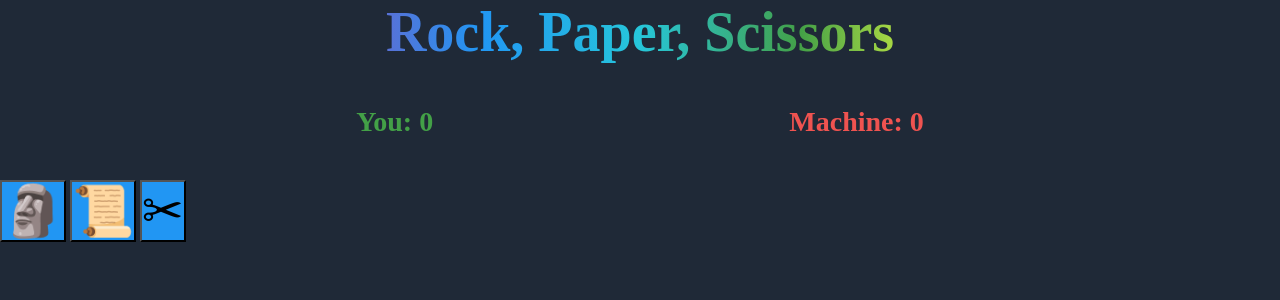
Repository: dung8466/RPS
Page: index.html
These files come from the project's save history. The page is drawn as it stood at one moment and after the next save; the edit follows.
The browser window is 1280 px wide. The pictures show the whole page.

Above is the page before, as saved 2022-07-01 21:19:48.

### index.html
<!DOCTYPE html>
<html lang="en">
<head>
    <meta charset="UTF-8">
    <meta http-equiv="X-UA-Compatible" content="IE=edge">
    <meta name="viewport" content="width=device-width, initial-scale=1.0">
    <title>Fun Game</title>
    <link rel="stylesheet" href="style.css">
    <script src="script.js" defer></script>
</head>
<body>
    <h1 class="header">
        Rock, Paper, Scissors
    </h1>
    <div class="result flex-box">
        <div class="player-result">
            You: <span class="result-text" data-player-result>0</span>
        </div>
        <div class="machine-result">
            Machine: <span class="result-text" data-machine-result>0</span>
        </div>
    </div>
    <div class="selections">
        <button class="selection" data-selection="rock">🗿</button>
        <button class="selection" data-selection="paper">📜</button>
        <button class="selection" data-selection="scissor">✂</button>
    </div>
</body>
</html>

### style.css
*{
    font-family: 'Times New Roman', Times, serif;
    font-size: 14px;
    margin: 0;
    padding: 0;
    background-color: #1f2937;
}

.flex-box{
    display: flex;
    align-items: center;
    justify-content: space-evenly;
    align-content: space-between;
}
.header{
    font-size: 4em;
    font-weight: bold;
    background: linear-gradient(to right, #ef5350, #f48fb1, #7e57c2, #2196f3, #26c6da, #43a047, #eeff41, #f9a825, #ff5722);
    -webkit-background-clip: text;
    -webkit-text-fill-color: transparent;
    text-align: center;
}

.result{
    margin-top: 3em;
    margin-bottom: 3em;
    font-weight: bold;
}
.result div{
    font-size: 2em;
}
.result div span{
    font-size: 1em;
}
.player-result{
    color: #43a047;
}
.machine-result{
    color :#ef5350;
}
.selections{

}
.selection{
    font-size: 50px;
    background-color: #2196f3;
}

### script.js
const selection = [
    {
        name: 'rock',
        emoji: '🗿',
        beats: 'scissors',
    },
    {
        name: 'paper',
        emoji: '📜',
        beats: 'rock',
    },
    {
        name: 'scissors',
        emoji: '✂',
        beats: 'paper',
    }
]
const selectionButtons = document.querySelectorAll('[data-selection]')
const finalColumn = document.querySelector('[data-final-column]')
const computerScoreSpan = document.querySelector('[data-machine-score]')
const yourScoreSpan = document.querySelector('[data-player-score]')

selectionButtons.forEach(selectionButton => {
    selectionButton.addEventListener('click', e => {
      const selectionName = selectionButton.dataset.selection
      const selection = SELECTIONS.find(selection => selection.name === selectionName)
      makeSelection(selection)
    })
  })

  function makeSelection(selection) {
    const computerSelection = randomSelection()
    const yourWinner = isWinner(selection, computerSelection)
    const computerWinner = isWinner(computerSelection, selection)

    addSelectionResult(computerSelection, computerWinner)
    addSelectionResult(selection, yourWinner)

    if (yourWinner) incrementScore(yourScoreSpan)
    if (computerWinner) incrementScore(computerScoreSpan)
  }

  function incrementScore(scoreSpan) {
    scoreSpan.innerText = parseInt(scoreSpan.innerText) + 1
  }

  function addSelectionResult(selection, winner) {
    const div = document.createElement('div')
    div.innerText = selection.emoji
    div.classList.add('result-selection')
    if (winner) div.classList.add('winner')
    finalColumn.after(div)
  }

  function isWinner(selection, opponentSelection) {
    return selection.beats === opponentSelection.name
  }

  function randomSelection() {
    const randomIndex = Math.floor(Math.random() * SELECTIONS.length)
    return SELECTIONS[randomIndex]
  }

After the next save:
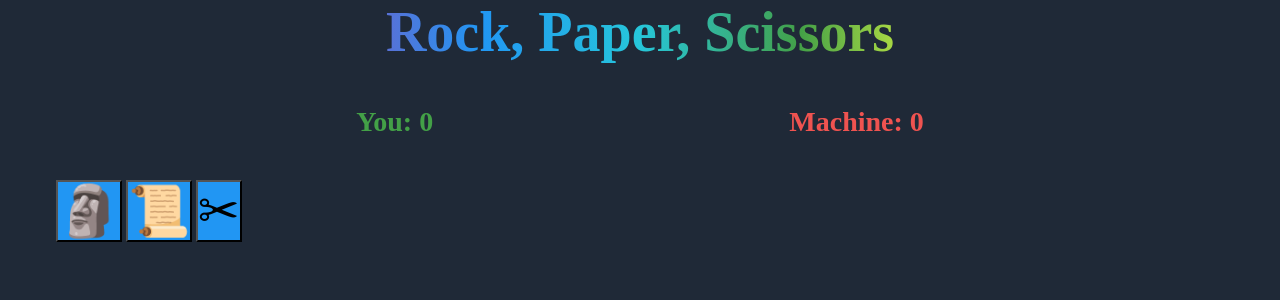
Saved 9 s later.
--- a/style.css
+++ b/style.css
@@ -39,7 +39,7 @@
     color :#ef5350;
 }
 .selections{
-
+    margin-left: 4em;
 }
 .selection{
     font-size: 50px;
